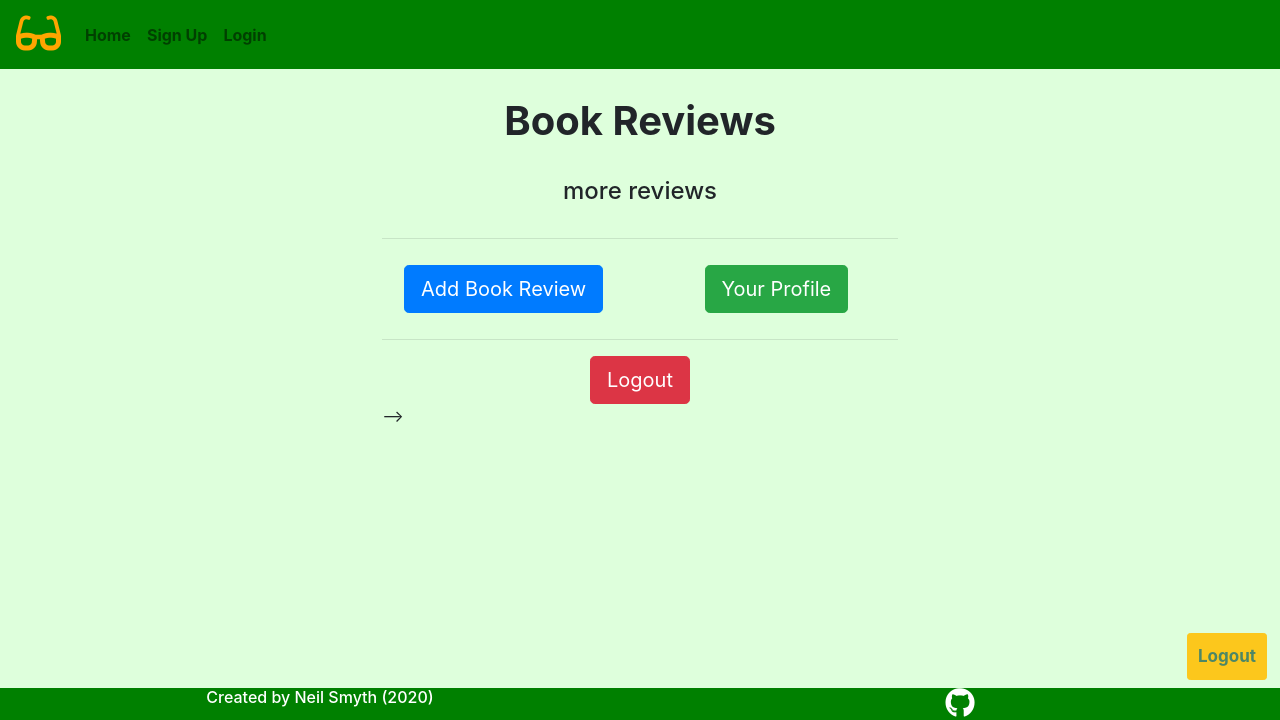
Repository: NeiloErnesto89/Data_Centric_Dev_Milestone_Project3
Page: templates/all_reviews.html
The author's editor kept a record of every edit. The page is drawn from the files as they stood at one moment, then again after the next edit.
The browser window is 1280 px wide. The pictures show the whole page.
Some web libraries are served in a nearby version. The template is drawn by Flask 3. The application's start-up code is not run. The template is opened directly, without the code that normally fills it, so the values that code supplies are empty.

Above is the page before.

After the next edit:
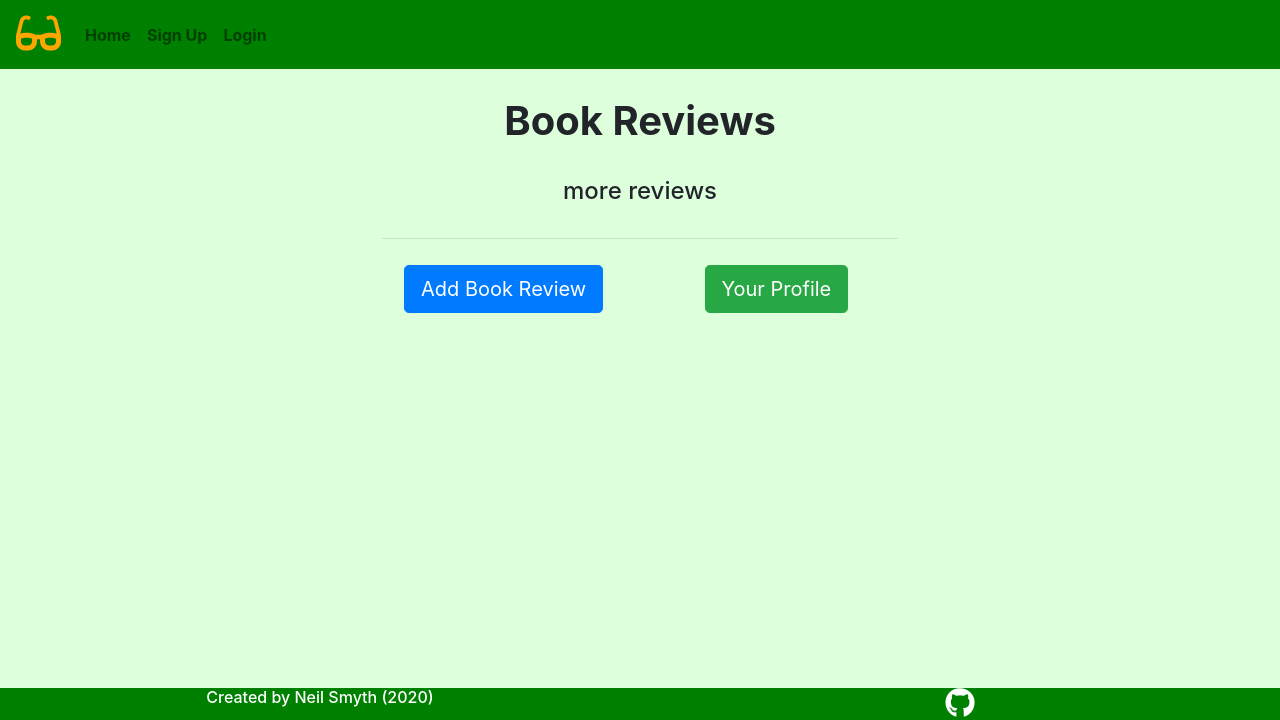
The edit:
--- a/templates/all_reviews.html
+++ b/templates/all_reviews.html
@@ -103,6 +103,7 @@
         </div>
     </div>
 
+    <!--
     <button type="button" id="logout-button"  href="{{ url_for('logout') }}" class=" btn btn-sm btn-warning text-center" role="button" data-toggle="tooltip" data-placement="top" title="Click here to logout" style=
     "color: #3d7a59;
     font-weight: 700;
